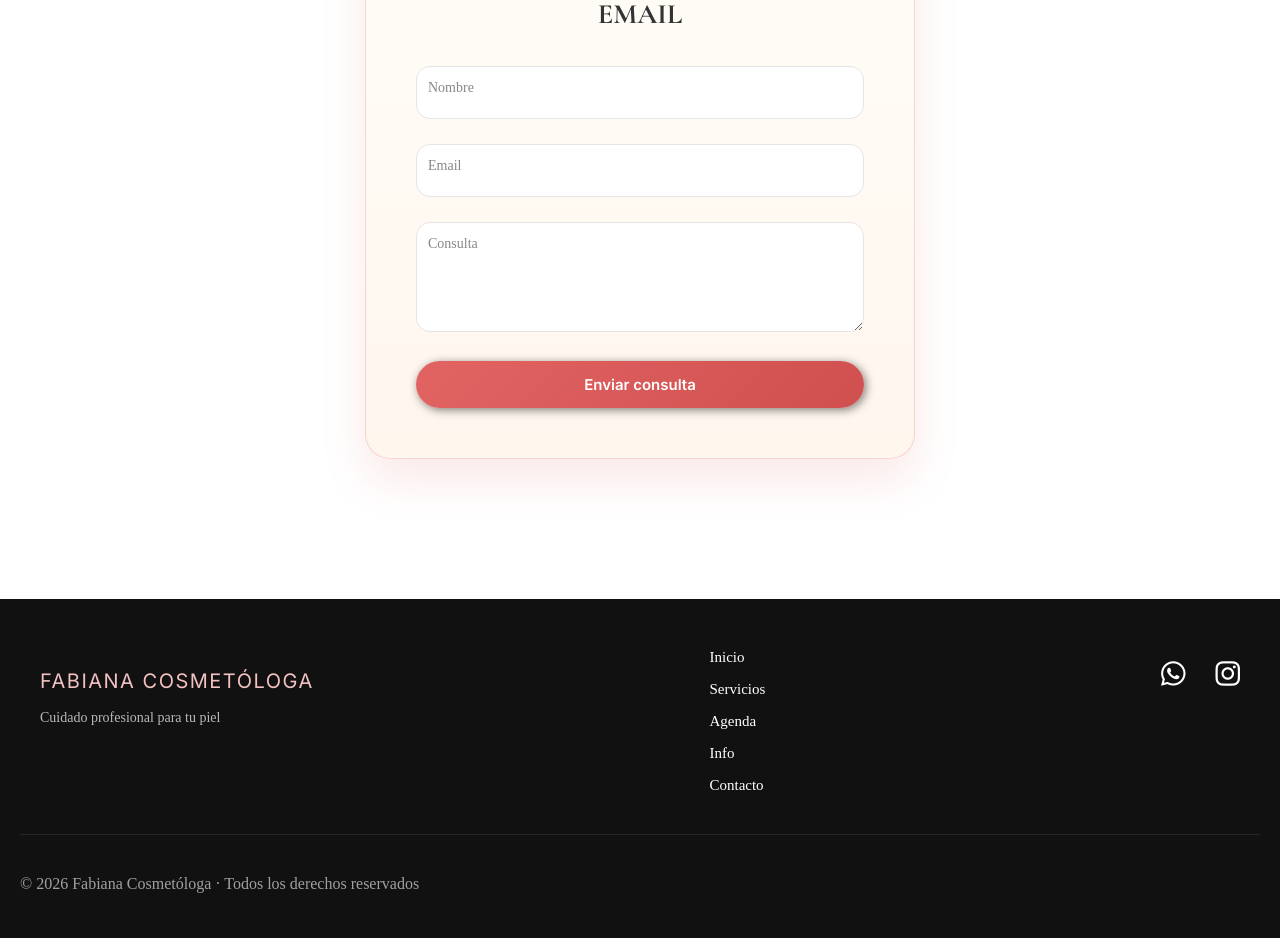
Repository: thiagobal1891-sudo/paginaweb
Page: pages/agenda.html
The author's editor kept a copy of each file at every save. The page is drawn from the files as they stood at one save, then again after the next save.
The browser window is 1280 px wide. The pictures show the part of the page from y = 1253 to 2205 px (the page is 2191 px tall before and 2205 px after).
Some web fonts or font styles are not loaded; a fallback is used.

Above is the page before, as saved 2026-03-11 12:54:55.
Console error: ReferenceError: emailjs is not defined

After the next save:
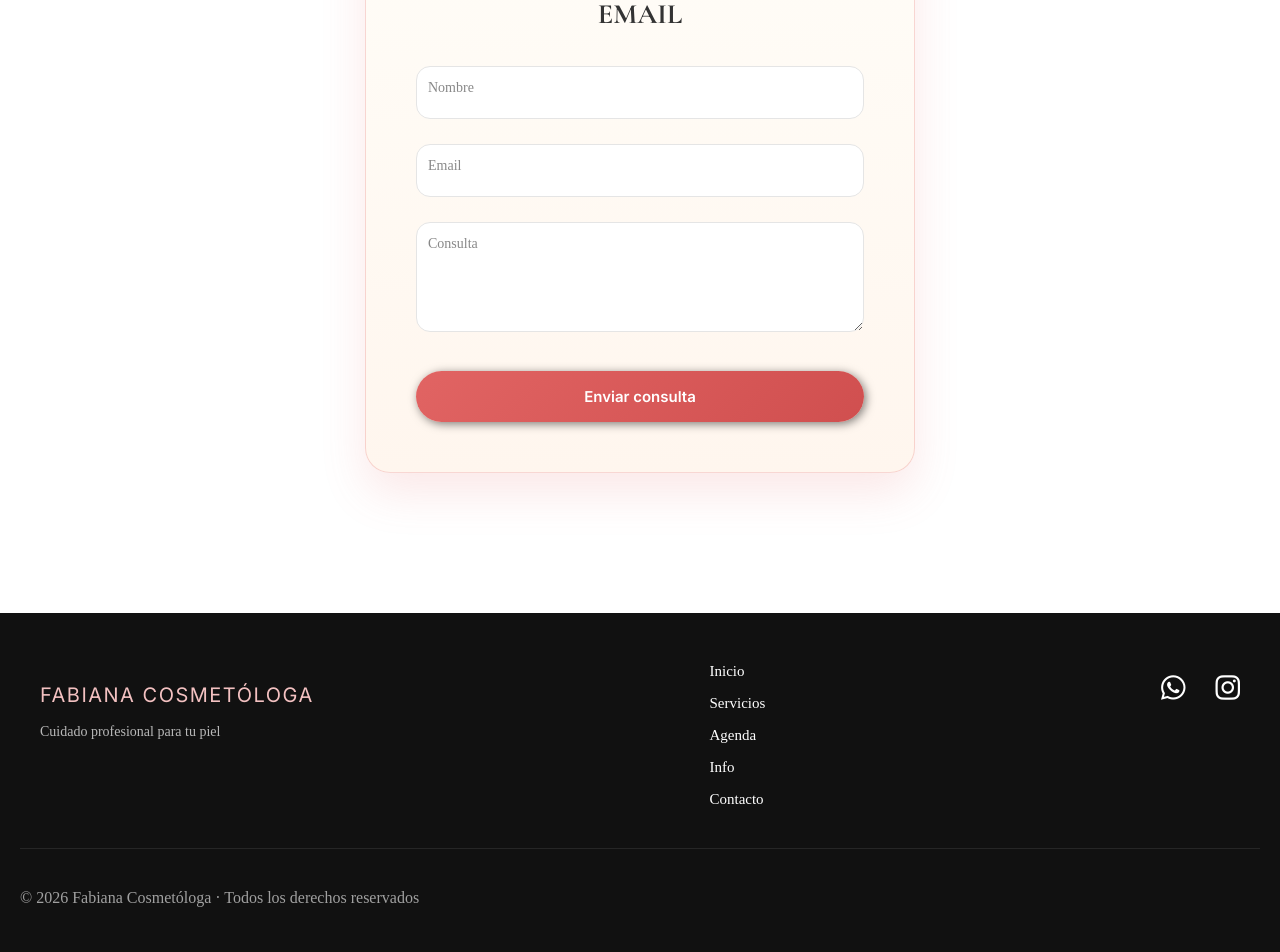
Saved 16 s later.
--- a/css/style.css
+++ b/css/style.css
@@ -725,23 +725,23 @@ box-shadow:0 0 0 3px rgba(225,100,99,.12);
   color: #E16463;
 }
 
-/* BOTÓN MODERNO */
-.btn-enviar {
-  width: 100%;
-  padding: 14px;
-  border-radius: 30px;
-  border: none;
-  background: linear-gradient(135deg, #E16463, #d04f4f);
-  color: white;
-  font-weight: 600;
-  font-size: 15px;
-  cursor: pointer;
-  transition: all 0.3s ease;
-}
-
-.btn-enviar:hover {
-  transform: translateY(-2px);
-  box-shadow: 0 8px 20px rgba(225,100,99,0.3);
+.btn-enviar{
+width:100%;
+padding:16px;
+border-radius:30px;
+border:none;
+background:linear-gradient(135deg,#E16463,#d04f4f);
+color:white;
+font-weight:600;
+font-size:15px;
+cursor:pointer;
+transition:all .3s ease;
+margin-top:10px;
+}
+
+.btn-enviar:hover{
+transform:translateY(-2px);
+box-shadow:0 8px 20px rgba(225,100,99,.35);
 }
 
 .sobre-nosotros {
